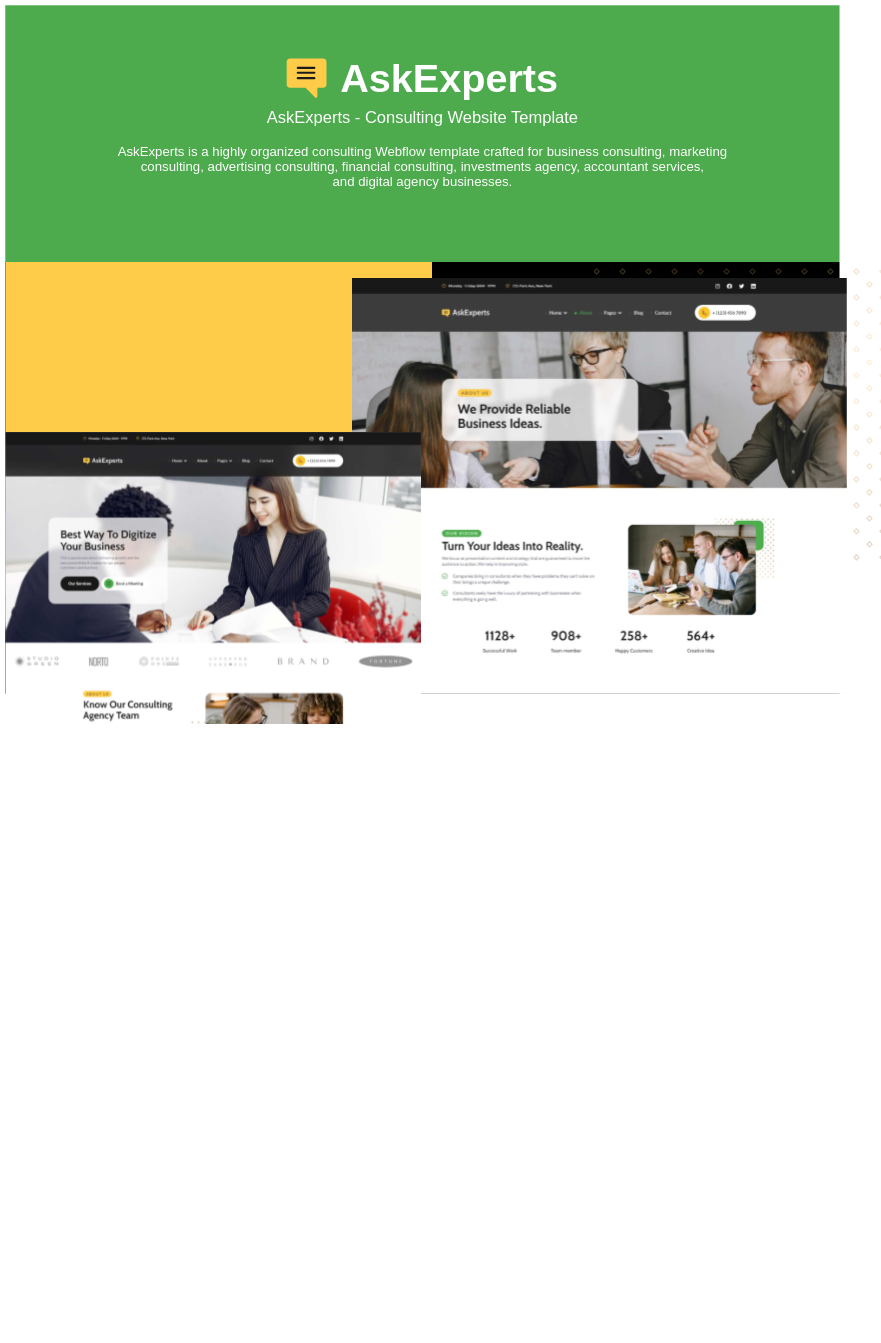
Repository: Richard-progex/webflow-tem
Page: index.html
These files come from the project's save history. The page is drawn as it stood at one moment and after the next save; the edit follows.
The browser window is 1280 px wide. The page is 1335 px wide, so the pictures cover 1335 px, including what lies to the right of the window. The pictures show the whole page, at 66% of full size.

Above is the page before, as saved 2024-10-24 16:54:26.

### index.html
<!DOCTYPE html>
<html lang="en">
<head>
    <meta charset="UTF-8">
    <meta name="viewport" content="width=device-width, initial-scale=1.0">
    <title>Document</title>
    <link rel="stylesheet" href="index.css">
</head>
<body>

    <header>
        <article class="one">
            <img src="images/Logo.svg" alt="">
            <h1>AskExperts</h1>
        </article>

        <article class="two">
            <p class="con">AskExperts - Consulting Website Template</p>
            <p class="desc">AskExperts is a highly organized consulting Webflow template crafted for business consulting,
               marketing <br> consulting, advertising consulting, financial consulting,
                investments agency, accountant services, <br> and digital agency businesses.</p>
        </article>
    </header>


    <section class="herosec">
        <div class="imgback">
            <img class="rec" src="images/Rectangle 01.svg" alt="">
            <img class="patt" src="images/Pattern.svg" alt="">
        </div>

        <div class="imgfront">
            <img class="girlnoff" src="images/Rectangle (1).svg" alt="">
            <img class="boynoff" src="images/Rectangle.svg" alt="">
        </div>


    </section>







</body>
</html>

### index.css
header{
    background-color: rgba(77, 171, 77, 1);
    color: white;
    font-family: Arial, Helvetica, sans-serif;
    padding: 60px;
   max-width: 1230px;
}

header .one{
    display: flex;
    justify-content: center;
    gap: 20px;
}
header .one h1{
    font-size: 60px;
    font-weight: 600;
    line-height: 1px;
}

header .two{
    text-align: center;
    position: relative;
    top: -30px;
}
header .two .con{
    font-weight: 500;
    font-size: 25px;
}
header .two .desc{
    font-weight: lighter;
    font-size: 20px;
    text-align: center;
}
.herosec{
    background-color: black;
    height: 654px;
}
.herosec .imgback .patt{
    position: relative;
    top: -100px;
    left: 240px;
}

.herosec .imgfront .boynoff{
    width: 750px;
    /* height: 533px; */
    position: relative;
    top: -980px;
    left: 525px;
    z-index: 1;
}
.herosec .imgfront .girlnoff{
   position: relative;
   z-index: 2;
   top: -300px;
}

After the next save:
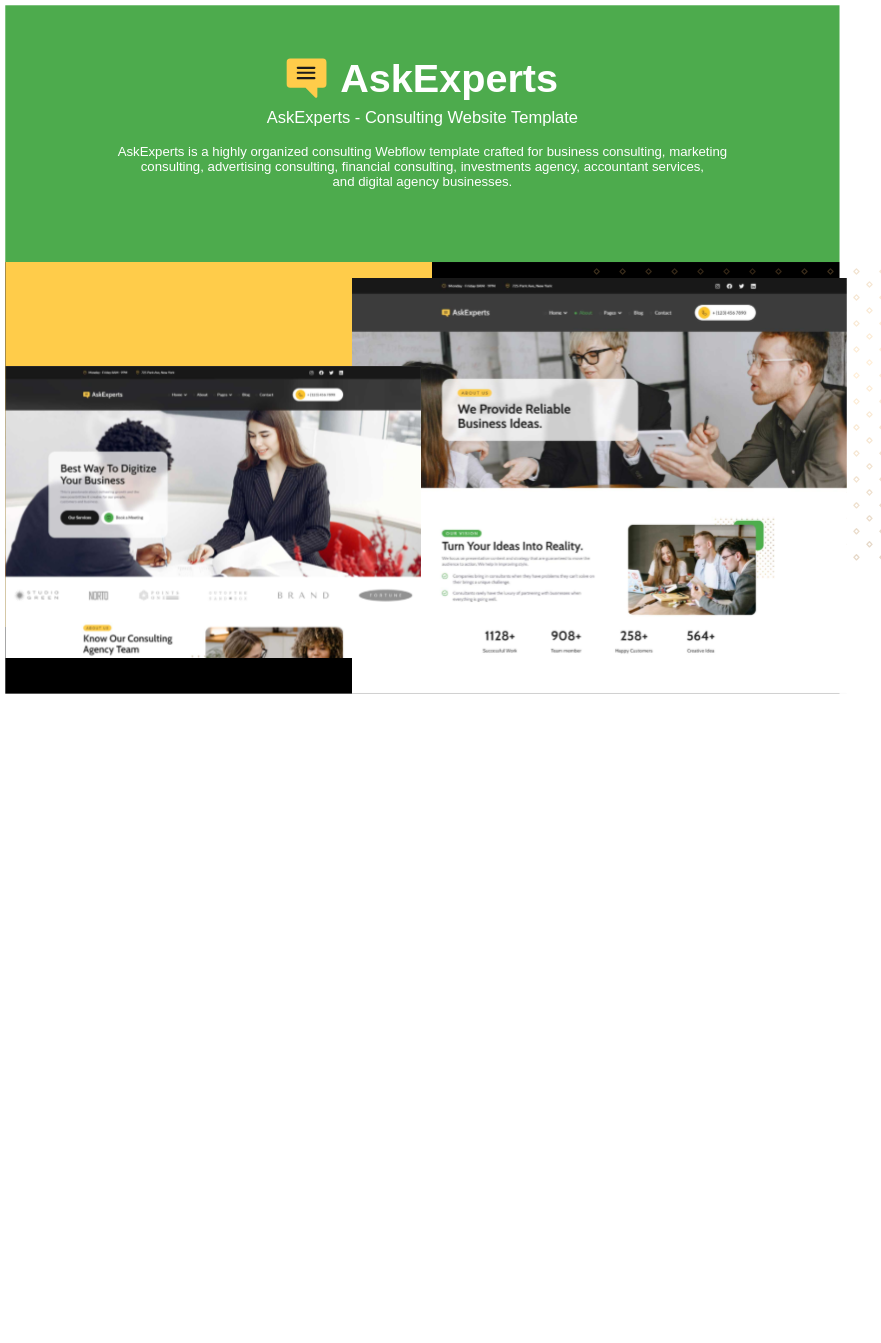
Saved 24 s later.
--- a/index.css
+++ b/index.css
@@ -52,5 +52,5 @@
 .herosec .imgfront .girlnoff{
    position: relative;
    z-index: 2;
-   top: -300px;
+   top: -400px;
 }
